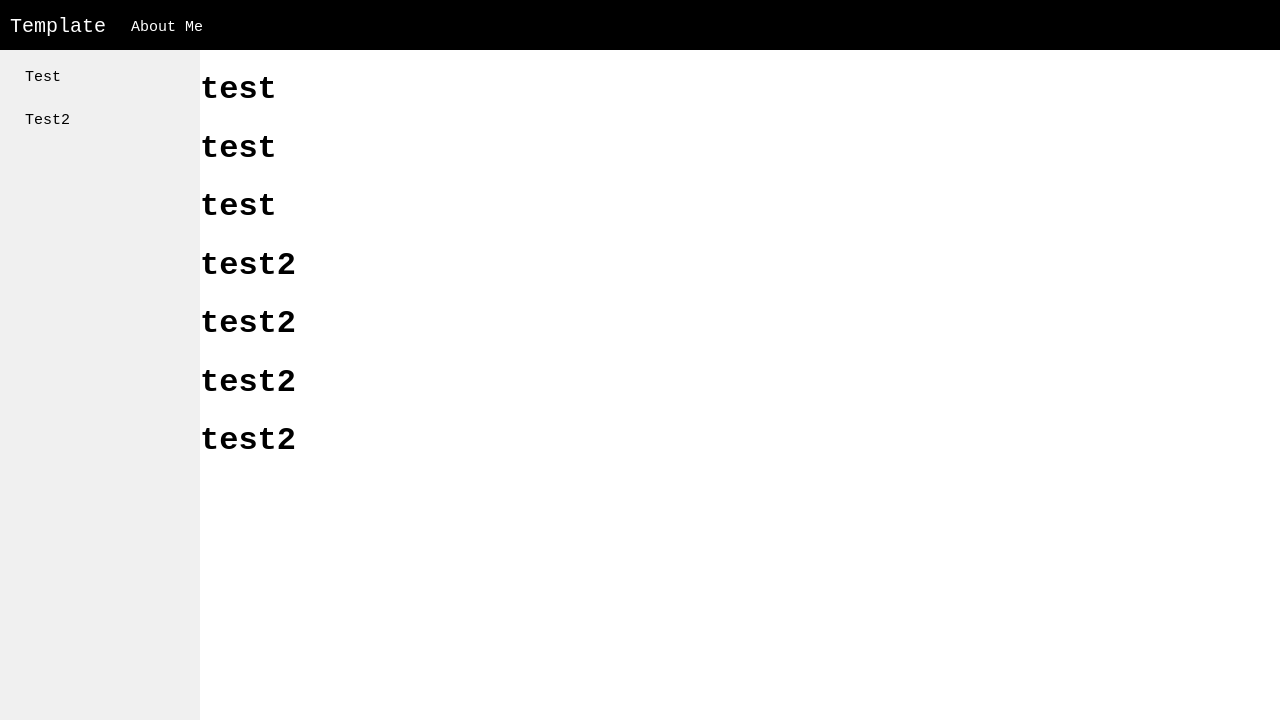
Repository: TimKral5/WikiPage
Page: index.html
The author's editor kept a copy of each file at every save. The page is drawn from the files as they stood at one save, then again after the next save.
The browser window is 1280 px wide. The pictures show the whole page.

Above is the page before, as saved 2022-11-10 19:00:22.
Console error: TypeError: Cannot set properties of null (setting 'src')

After the next save:
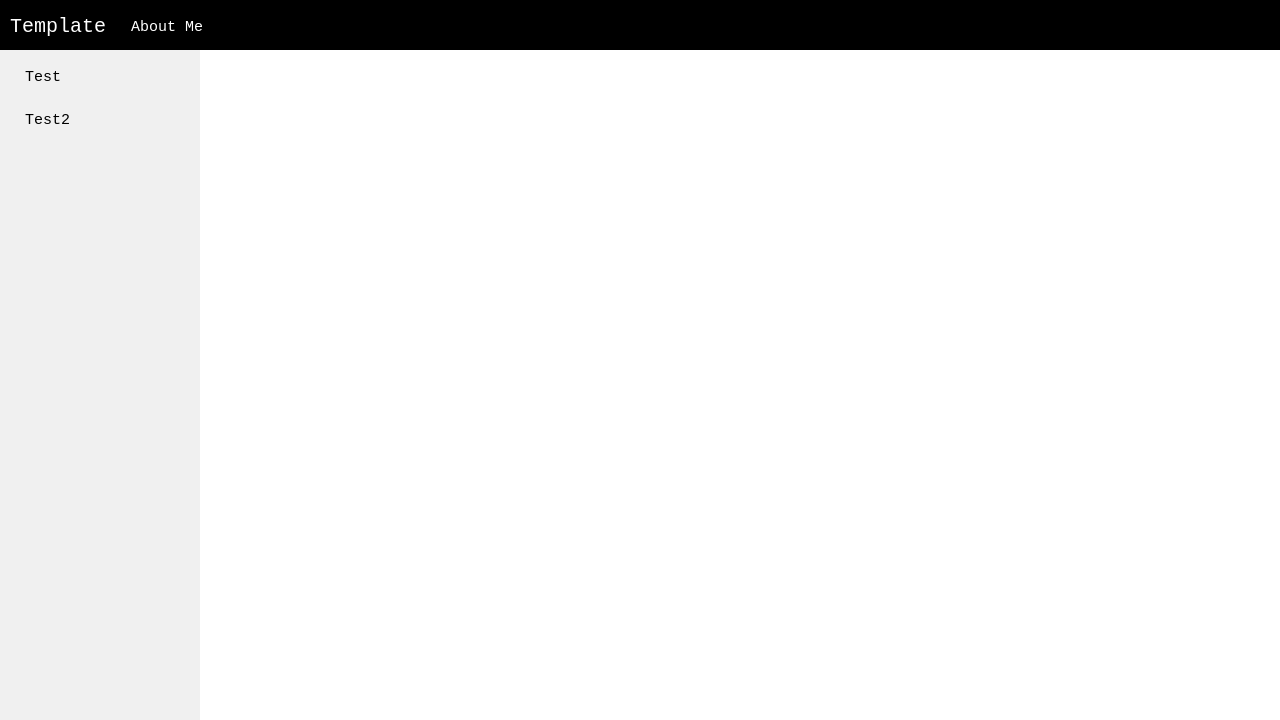
Saved 69 s later.
--- a/index.html
+++ b/index.html
@@ -24,17 +24,7 @@
     </div>
 
     <div id="content" name="main" class="tabgroup">
-        <div name="test" class="tab">
-            <h1>test</h1>
-            <h1>test</h1>
-            <h1>test</h1>
-        </div>
-        <div name="test2" class="tab">
-            <h1>test2</h1>
-            <h1>test2</h1>
-            <h1>test2</h1>
-            <h1>test2</h1>
-        </div>
+        <iframe id="contents" src="" frameborder="0"></iframe>
     </div>
 </body>
 
